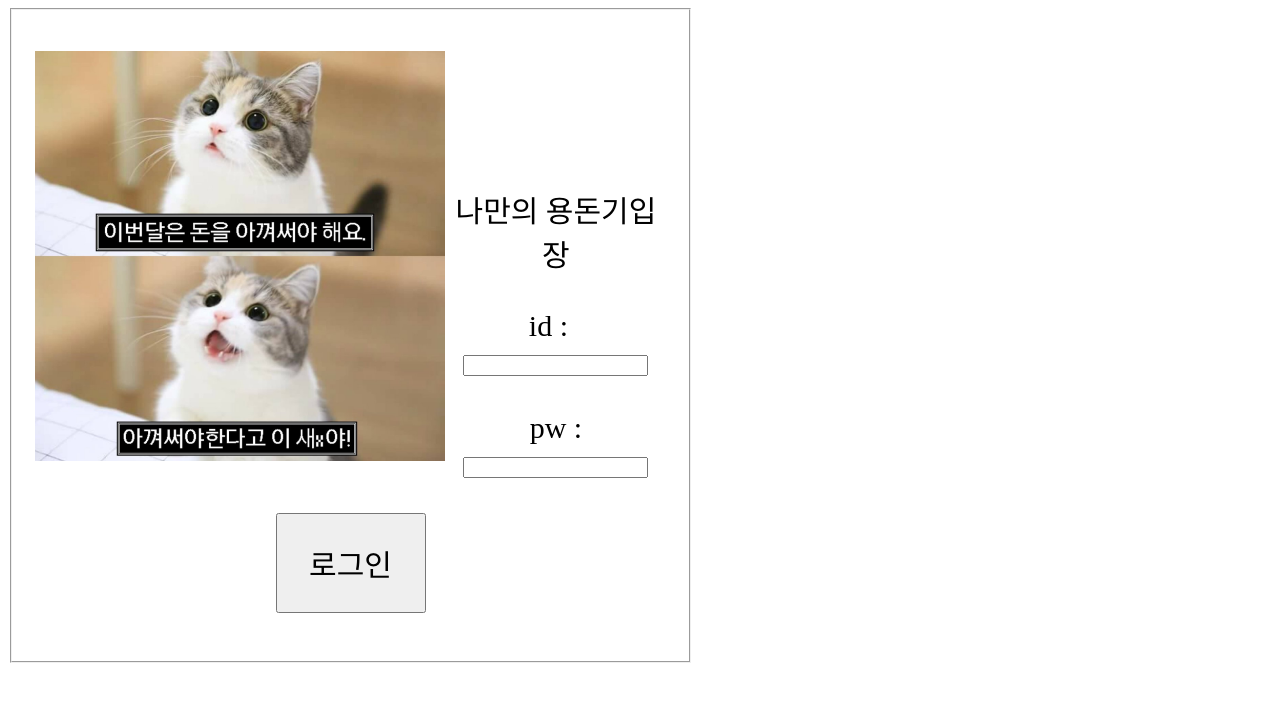
Repository: hus0124/M-IT
Page: JSP_Workspaces/pocketMoneyDiary/WebContent/index.html
These files come from the project's save history. The page is drawn as it stood at one moment and after the next save; the edit follows.
The browser window is 1280 px wide. The pictures show the whole page.

Above is the page before, as saved 2020-01-02 04:31:59.

After the next save:
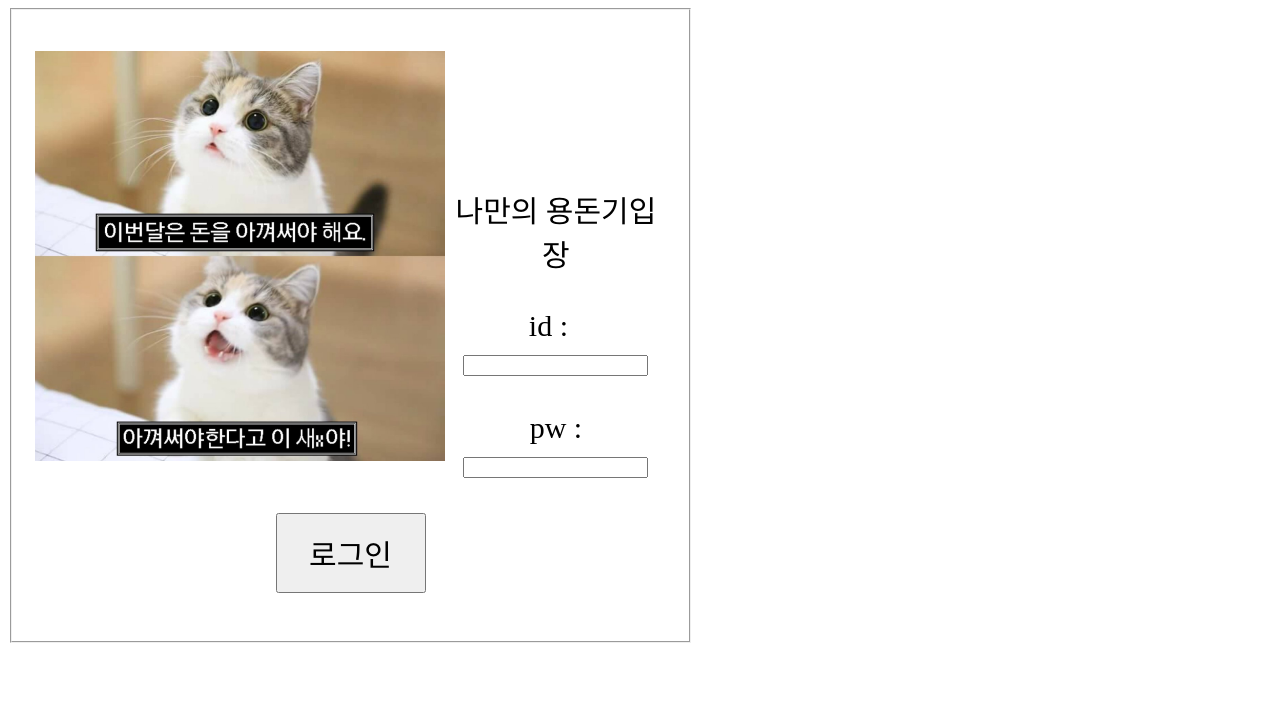
Saved 2 min 5 s later.
--- a/JSP_Workspaces/pocketMoneyDiary/WebContent/index.html
+++ b/JSP_Workspaces/pocketMoneyDiary/WebContent/index.html
@@ -15,7 +15,7 @@ body {font-size:30px}
 		<br><br><br><br>나만의 용돈기입장<br><br>
 		id :&nbsp;&nbsp;<input type="text" name = "id"><br><br>
 		pw : <input type="text" name = "pw"><br><br>
-		<input type="submit" value = "로그인" style="width:150px;height:100px;font-size:30px;">
+		<input type="submit" value = "로그인" style="width:150px;height:80px;font-size:30px;">
 		</p>
 	</form>
 	</fieldset>
